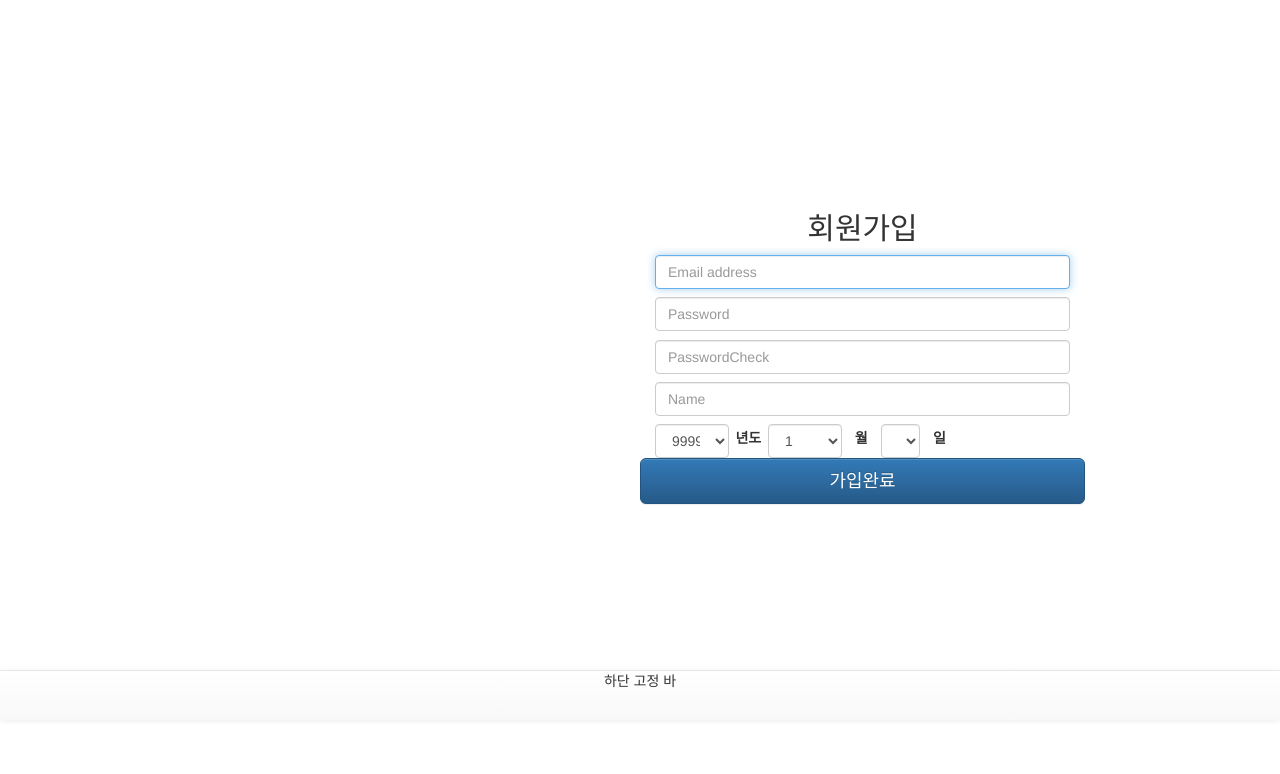
Repository: hrhwbp/Acorn-Final-Project
Page: http://localhost/final_project/index.jsp
These files come from the project's save history. The page is drawn as it stood at one moment and after the next save; the edit follows.
The browser window is 1280 px wide. The pictures show the whole page.
Some web libraries are served in a nearby version. The page is served by Tomcat 9. Nobody is signed in. The application's start-up code is not run.

Above is the page before, as saved 2016-10-26 06:41:21.

After the next save:
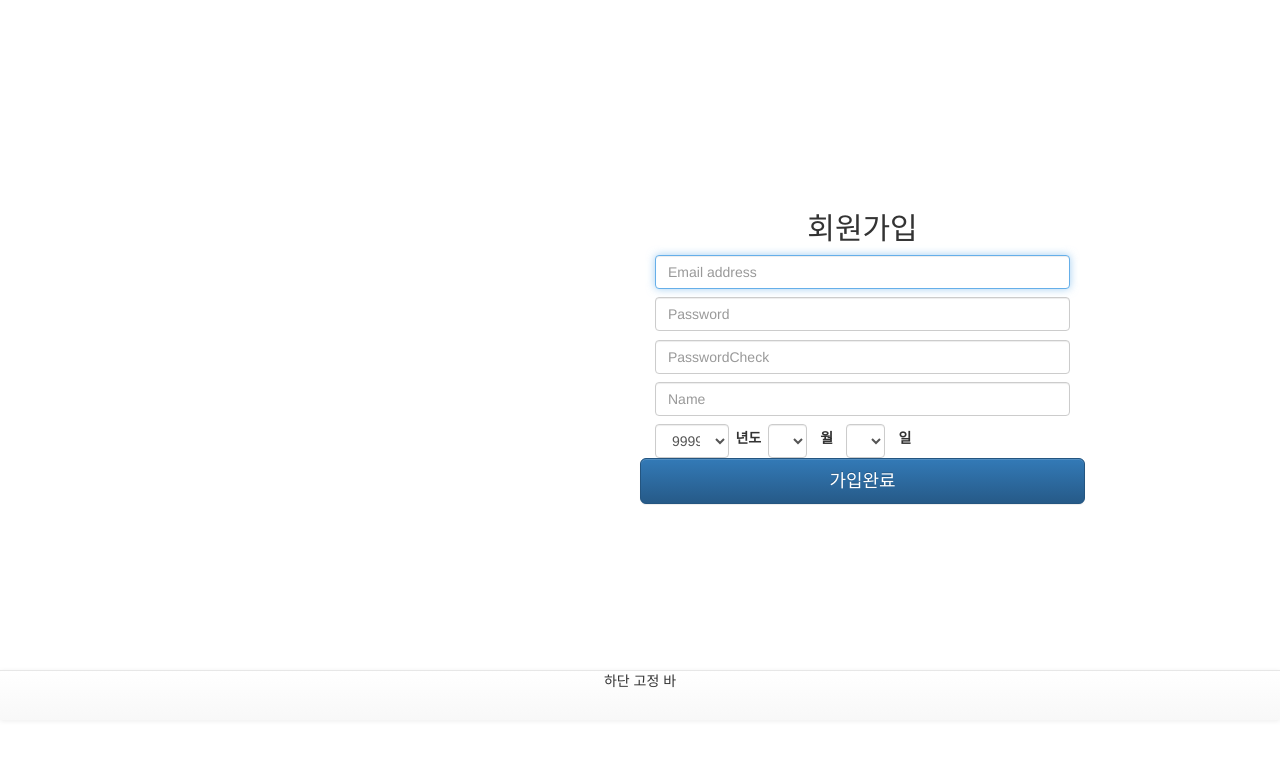
Saved 18 s later.
--- a/final_project/src/main/webapp/index.jsp
+++ b/final_project/src/main/webapp/index.jsp
@@ -93,7 +93,7 @@
 					<div class="row col-md-2 lbl_pd text-center">
 						<label class="">년도</label>
 					</div>
-					<div class="row col-md-3 top_pd">
+					<div class="row col-md-2 top_pd">
 						<select class="form-control">
 							<option>1</option>
 							<option>2</option>
